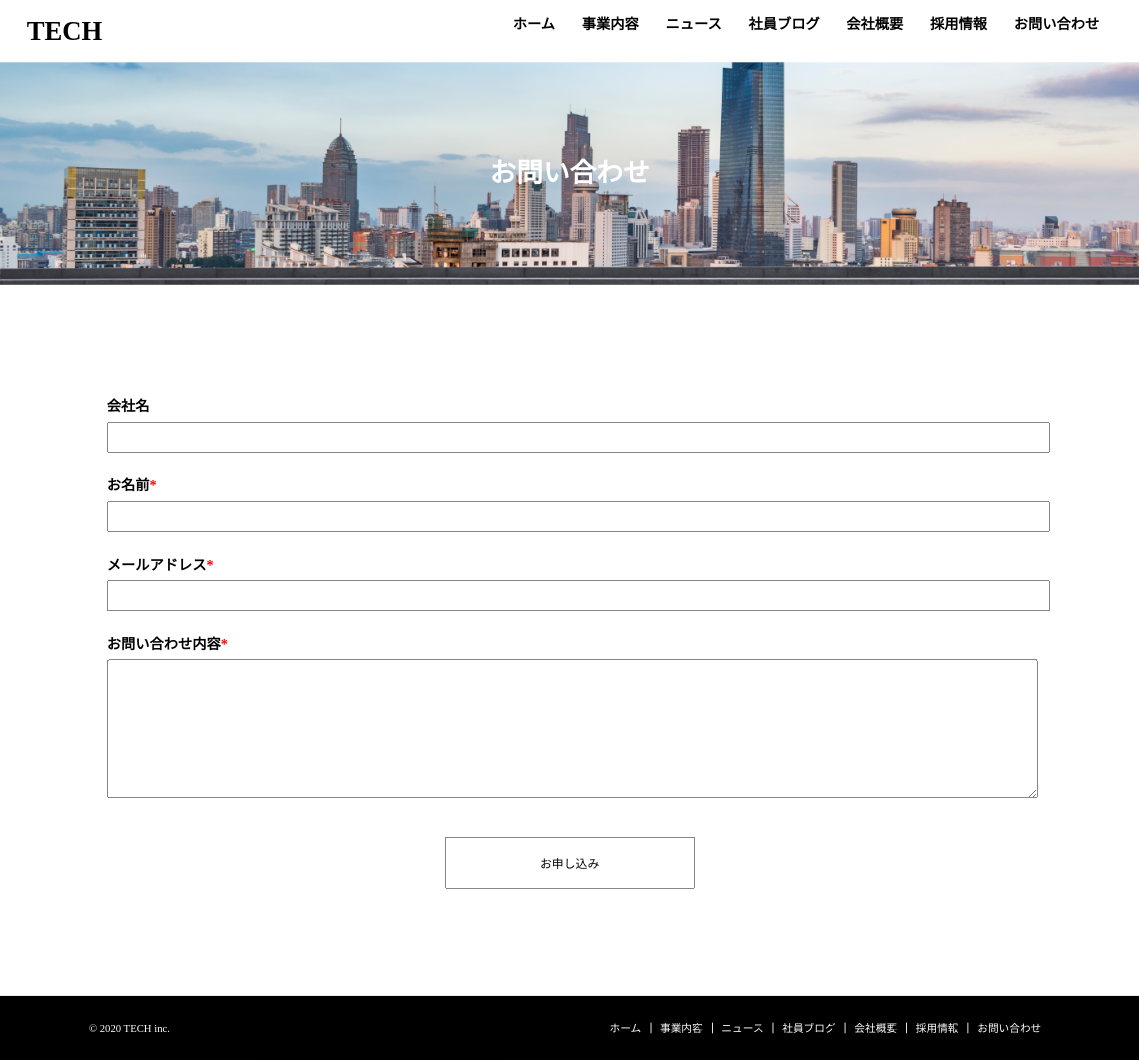
Repository: masanarimiura/20220516_miura
Page: contact.html
An editor plug-in stored every save of this project. The page is shown before and after a run of saves, followed by the edit.
The browser window is 1280 px wide. The pictures show the whole page, at 89% of full size.

Above is the page before, as saved 2022-05-14 01:16:16.

After the next 3 saves:
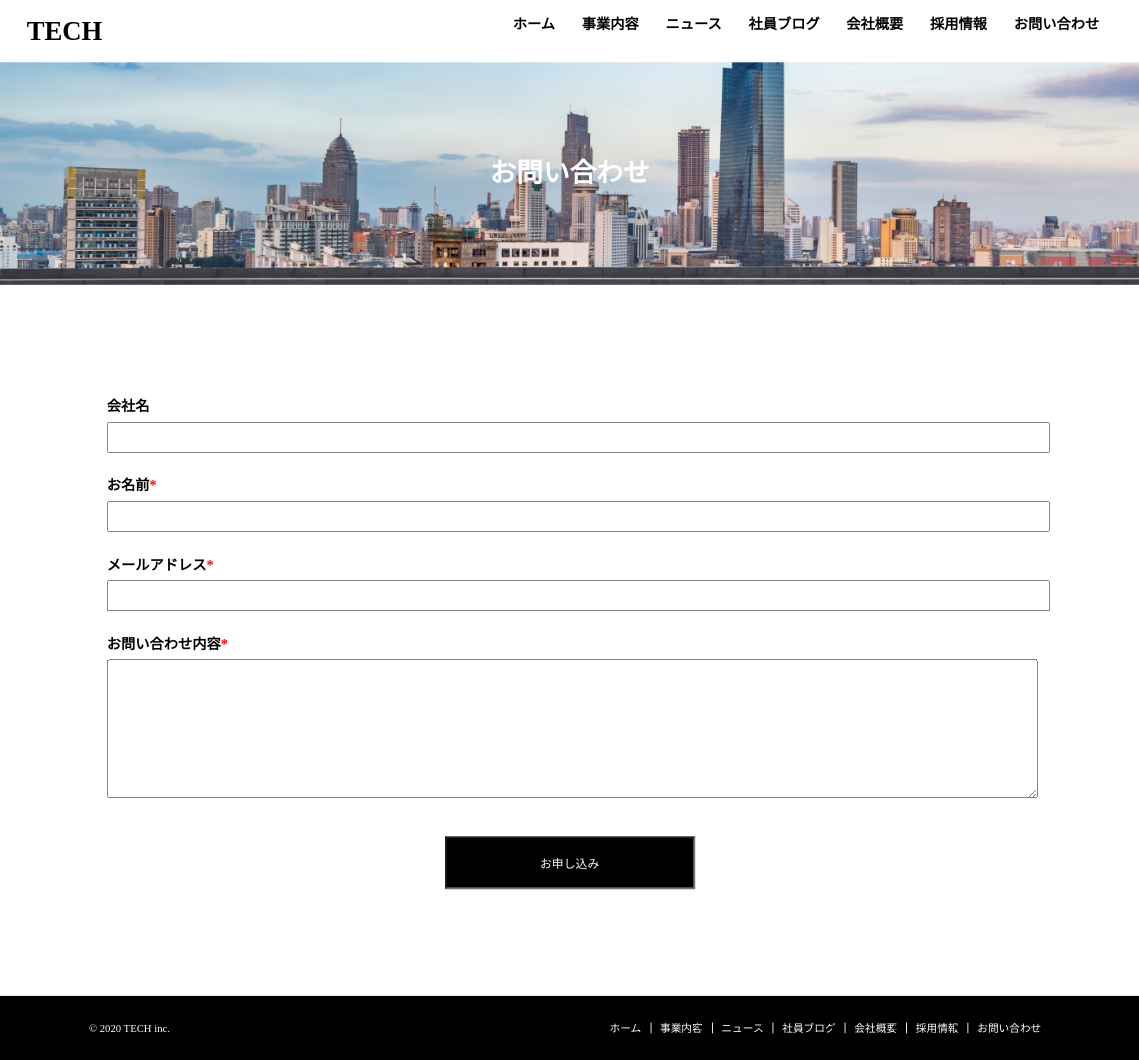
The 3 saves are shown as one change because they came seconds apart.
The last was saved 9 s later.
--- a/css/contact.css
+++ b/css/contact.css
@@ -85,7 +85,8 @@ p {
   justify-content: center;
   text-align: center;
   padding: 20px 50px;
-  background: ;
+  background: #000;
+  color: #fff;
 }
 
 .contact {
